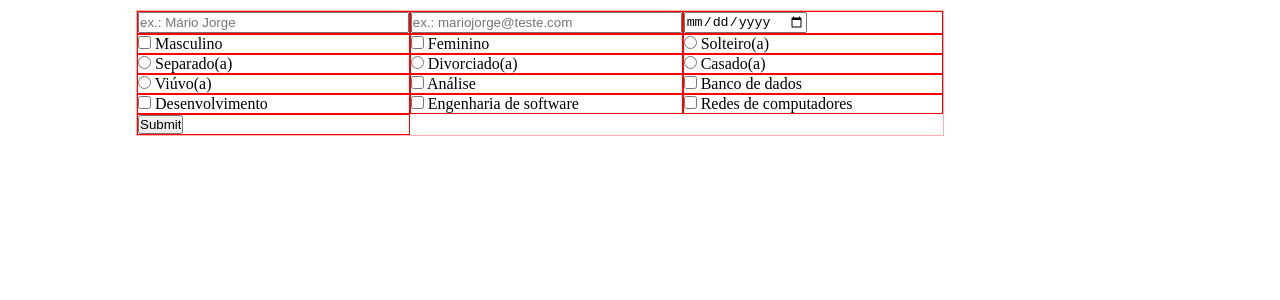
Repository: mjRibeiroTriscal/UVA_Projects
Page: Proj_A1_AVA2_2020_1/index.html
These files come from the project's save history. The page is drawn as it stood at one moment and after the next save; the edit follows.
The browser window is 1280 px wide. The pictures show the whole page.

Above is the page before, as saved 2020-03-13 11:27:05.

### Proj_A1_AVA2_2020_1/index.html
<!--
*   @project     A1_AVA2_UVA_2020_1
*   @author      Mário Jorge (mariojgmaster@yahoo.com.br)
*   @Git         MJRibeiroTriscal (https://github.com/mjRibeiroTriscal)
-->

<html>

<head>
    <meta charset="UTF-8">
    <title>Tell Me About You</title>
    <!-- <link rel="icon" href="./favicon.png" sizes="16x16 32x32" type="image/png"> -->
    <script src="./script.js"></script>
    <link rel="stylesheet" href="./style.css" />
</head>

<body>
    <div id="container">

        <header>

        </header>

        <section>

            <form class="gridContainer" name="formUva" action="http://google.co">

                <div class="gridItem">
                    <input id="nome" type="text" name="nome" placeholder="ex.: Mário Jorge" />
                </div>
                <div class="gridItem">
                    <input id="email" type="text" name="email" placeholder="ex.: mariojorge@teste.com" />
                </div>

                <div class="gridItem">
                    <input id="dataNasc" type="date" name="dataNasc" />
                </div>

                <div class="gridItem">
                    <input id="masc" type="checkbox" name="masc" />
                    <label for="masc">Masculino</label>
                </div>
                <div class="gridItem">
                    <input id="fem" type="checkbox" name="fem" />
                    <label for="fem">Feminino</label>
                </div>

                <div class="gridItem">
                    <input id="solteiro" type="radio" name="estCivil" />
                    <label for="solteiro">Solteiro(a)</label>
                </div>
                <div class="gridItem">
                    <input id="separado" type="radio" name="estCivil" />
                    <label for="separado">Separado(a)</label>
                </div>
                <div class="gridItem">
                    <input id="divorciado" type="radio" name="estCivil" />
                    <label for="divorciado">Divorciado(a)</label>
                </div>
                <div class="gridItem">
                    <input id="casado" type="radio" name="estCivil" />
                    <label for="casado">Casado(a)</label>
                </div>
                <div class="gridItem">
                    <input id="viuvo" type="radio" name="estCivil" />
                    <label for="viuvo">Viúvo(a)</label>
                </div>

                <div class="gridItem">
                    <input id="analise" type="checkbox" name="analise" />
                    <label for="analise">Análise</label>
                </div>
                <div class="gridItem">
                    <input id="bancoDados" type="checkbox" name="bancoDados" />
                    <label for="bancoDados">Banco de dados</label>
                </div>
                <div class="gridItem">
                    <input id="desenvolvimento" type="checkbox" name="desenvolvimento" />
                    <label for="desenvolvimento">Desenvolvimento</label>
                </div>
                <div class="gridItem">
                    <input id="engenhariaSoftware" type="checkbox" name="engenhariaSoftware" />
                    <label for="engenhariaSoftware">Engenharia de software</label>
                </div>
                <div class="gridItem">
                    <input id="redesComputadores" type="checkbox" name="redesComputadores" />
                    <label for="redesComputadores">Redes de computadores</label>
                </div>

                <div class="gridItem">
                    <input type="submit" value="Submit">
                </div>

            </form>

        </section>

        <footer>

        </footer>

</body>

</html>

### Proj_A1_AVA2_2020_1/script.js
/*
 *   @project     A1_AVA2_UVA_2020_1
 *   @author      Mário Jorge (mariojgmaster@yahoo.com.br)
 *   @Git         MJRibeiroTriscal (https://github.com/mjRibeiroTriscal)
 */

### Proj_A1_AVA2_2020_1/style.css
/*
 *   @project     A1_AVA2_UVA_2020_1
 *   @author      Mário Jorge (mariojgmaster@yahoo.com.br)
 *   @Git         MJRibeiroTriscal (https://github.com/mjRibeiroTriscal)
 */

* {
    margin: 0px;
    padding: 0px;
}

#container {
    padding: 10px;
    display: flex;
    align-items: center;
    justify-content: center;
}

section {
    width: 80%;
}

section form.gridContainer {
    width: 80%;
}

input {
    /* border: none; */
    outline: none;
    box-shadow: 0;
}

input[type=text] {
    width: 100%;
    height: 100%;
}

.gridContainer {
    display: grid;
    border: 1px solid rgba(255, 0, 0, 0.3);
    grid-template-columns: auto auto auto;
}

.gridItem {
    border: 1px solid red;
}

After the next save:
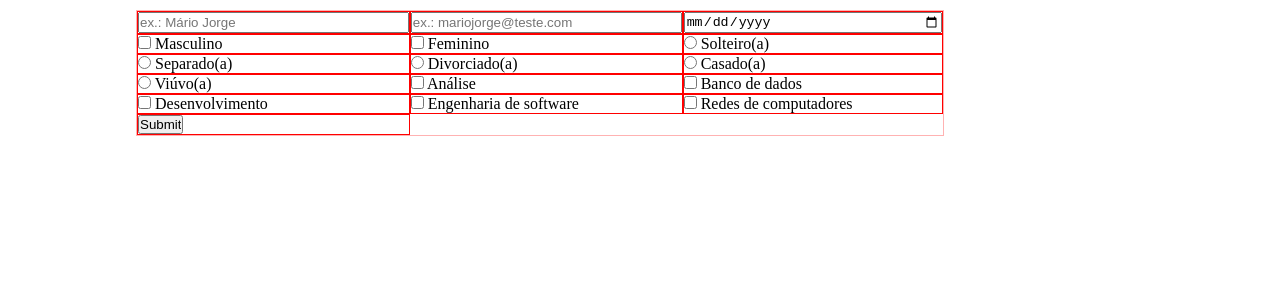
Saved 20 s later.
--- a/Proj_A1_AVA2_2020_1/style.css
+++ b/Proj_A1_AVA2_2020_1/style.css
@@ -30,7 +30,8 @@ input {
     box-shadow: 0;
 }
 
-input[type=text] {
+input[type=text],
+input[type=date] {
     width: 100%;
     height: 100%;
 }
